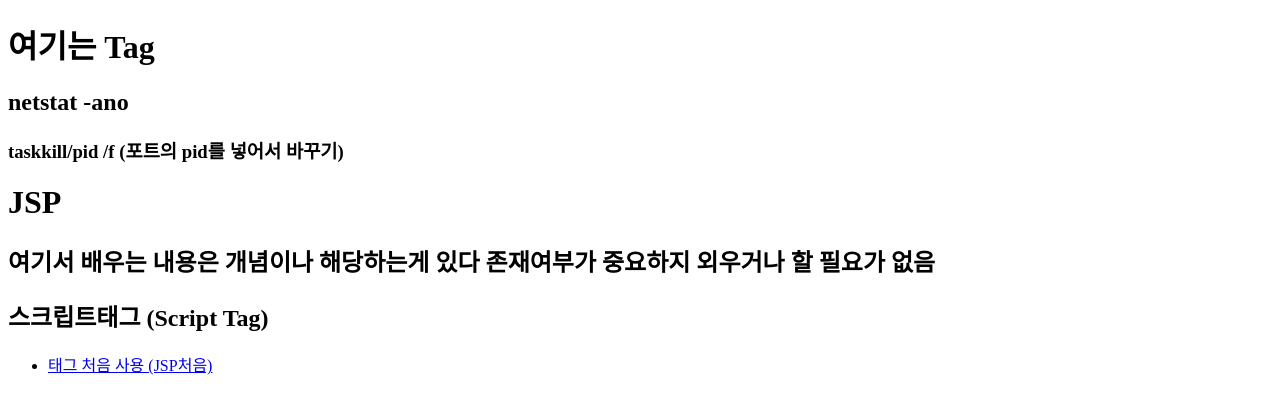
Repository: joeunpyeong/javaA
Page: 03.Tag/src/main/webapp/index.html
These files come from the project's save history. The page is drawn as it stood at one moment and after the next save; the edit follows.
The browser window is 1280 px wide. The pictures show the whole page.

Above is the page before, as saved 2023-05-19 01:24:20.

### 03.Tag/src/main/webapp/index.html
<!DOCTYPE html>
<html>
<head>
<meta charset="UTF-8">
<title>Insert title here</title>
</head>
<body>
	<h1>여기는 Tag</h1>
	<h2>netstat -ano</h2>
	<h3>taskkill/pid /f (포트의 pid를 넣어서 바꾸기)</h3>


	<h1>JSP</h1>
	<h2>여기서 배우는 내용은 개념이나 해당하는게 있다 존재여부가 중요하지 외우거나 할 필요가 없음</h2>
	<h2>스크립트태그 (Script Tag)</h2>
	<ul>
		<li><a href="01.Script/Ex00Into.jsp">태그 처음 사용 (JSP처음)</a></li>

	</ul>




</body>
</html>

After the next save:
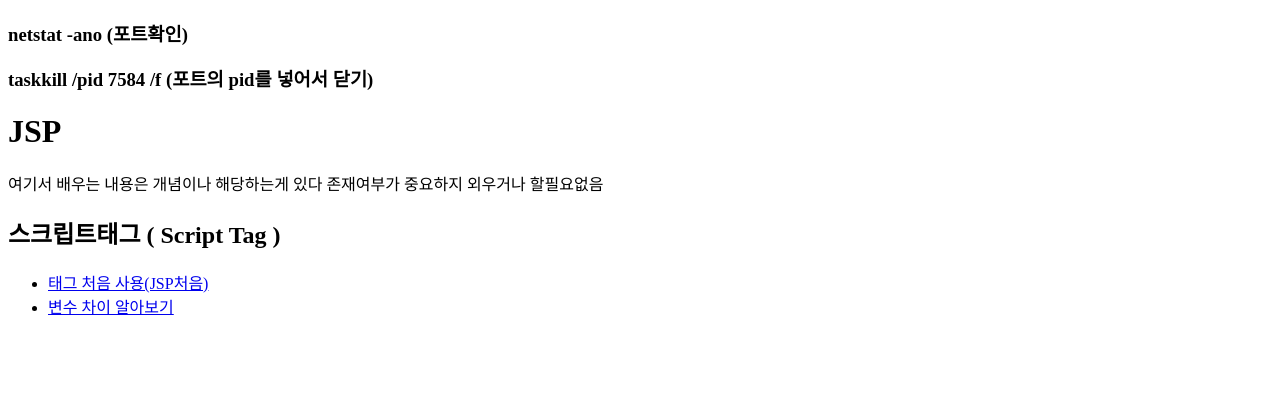
Saved 7 min 25 s later.
--- a/03.Tag/src/main/webapp/index.html
+++ b/03.Tag/src/main/webapp/index.html
@@ -5,20 +5,17 @@
 <title>Insert title here</title>
 </head>
 <body>
-	<h1>여기는 Tag</h1>
-	<h2>netstat -ano</h2>
-	<h3>taskkill/pid /f (포트의 pid를 넣어서 바꾸기)</h3>
+	<h3>netstat -ano (포트확인)</h3>
+	<h3>taskkill /pid 7584 /f (포트의 pid를 넣어서 닫기)</h3>
 
+	<h1> JSP </h1>
+	<p>여기서 배우는 내용은 개념이나 해당하는게 있다 존재여부가 중요하지 외우거나 할필요없음</p>
+	<h2> 스크립트태그 ( Script Tag )</h2>
 
-	<h1>JSP</h1>
-	<h2>여기서 배우는 내용은 개념이나 해당하는게 있다 존재여부가 중요하지 외우거나 할 필요가 없음</h2>
-	<h2>스크립트태그 (Script Tag)</h2>
 	<ul>
-		<li><a href="01.Script/Ex00Into.jsp">태그 처음 사용 (JSP처음)</a></li>
-
+		<li><a href="01.Script/Ex00Into.jsp">태그 처음 사용(JSP처음)</a> </li>
+		<li><a href="01.Script/Ex01Var.jsp">변수 차이 알아보기</a> </li>
 	</ul>
-
-
 
 
 </body>
